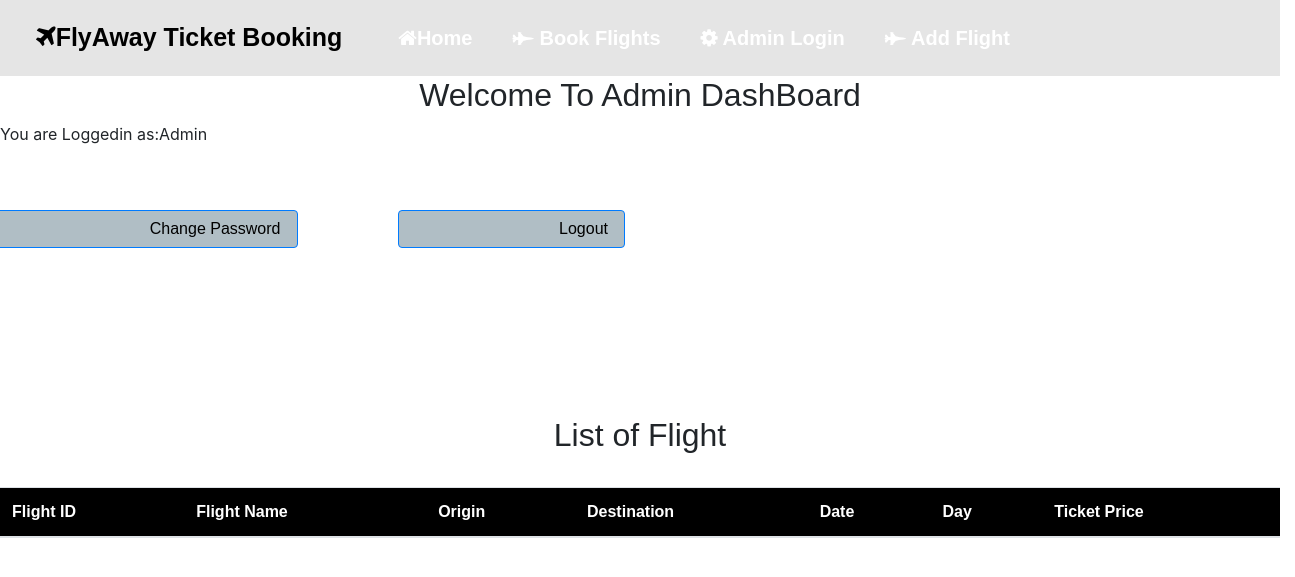
Repository: sayrabano/Phase2-project
Page: http://localhost/FlyAway/adminDashboard.jsp
These files come from the project's save history. The page is drawn as it stood at one moment and after the next save; the edit follows.
The browser window is 1280 px wide. The page is 1295 px wide, so the pictures cover 1295 px, including what lies to the right of the window. The pictures show the whole page.
Some web fonts or font styles are not loaded; a fallback is used. The page is served by Tomcat 9. Other server files are loaded and not shown. Queries for data that is not in the repository find no rows.

Above is the page before, as saved 2021-09-24 20:08:47.

### FlyAway/src/main/webapp/adminDashboard.jsp
<%@ page language="java" contentType="text/html; charset=ISO-8859-1"
	pageEncoding="ISO-8859-1"%>
<%@page import="java.sql.*"%>
<%@page import=" com.flyaway.LogIn"%>

<%
String driverName = "com.mysql.cj.jdbc.Driver";
String Url = "jdbc:mysql://localhost:3306/flyaway";

String userId = "root";
String password = "say123";

try {
	Class.forName(driverName);
} catch (ClassNotFoundException e) {
	e.printStackTrace();
}
Connection connection = null;
Statement statement = null;
ResultSet resultSet = null;
%>

<!DOCTYPE html>
<html>
<head>
<meta charset="ISO-8859-1">
<title>FlyAway</title>
<link rel="stylesheet"
	href="https://cdnjs.cloudflare.com/ajax/libs/font-awesome/4.7.0/css/font-awesome.min.css">
<!-- Required meta tags -->
<meta charset="utf-8">
<meta name="viewport"
	content="width=device-width, initial-scale=1, shrink-to-fit=no">

<!-- Bootstrap CSS -->
<link rel="stylesheet"
	href="https://maxcdn.bootstrapcdn.com/bootstrap/4.0.0/css/bootstrap.min.css"
	integrity="sha384-Gn5384xqQ1aoWXA+058RXPxPg6fy4IWvTNh0E263XmFcJlSAwiGgFAW/dAiS6JXm"
	crossorigin="anonymous">
<link rel="stylesheet"
	href="https://cdnjs.cloudflare.com/ajax/libs/font-awesome/4.7.0/css/font-awesome.min.css">
<link
	href="https://fonts.googleapis.com/css2?family=Baloo+Bhai+2:wght@500&display=swap"
	rel="stylesheet">
<link
	href="https://fonts.googleapis.com/css2?family=Ubuntu:ital,wght@1,700&display=swap"
	rel="stylesheet">
<link rel="stylesheet" href="CSS/style7.css" />
<style>
</style>
</head>

<body>

	<nav class="navbar navbar-expand-lg navbar-light bg-custom" id="navbar">





		<a class="navbar-brand" id="tag"><i class="fa fa-plane"
			aria-hidden="true"></i>FlyAway Ticket Booking</a>


		<div class="collapse navbar-collapse" id="navbarSupportedContent">
			<ul class="navbar-nav mr-auto">
				<li class="nav-item"><a class="nav-link" href="Home.jsp"> <i
						class="fa fa-home" aria-hidden="true"></i>Home
				</a></li>

				<li class="nav-item"><a class="nav-link"
					href="option-flightsearch.jsp"><i class="fa fa-fighter-jet"></i>
						Book Flights </a></li>
				<li class="nav-item"><a href="Login.jsp" class="nav-link"><i
						class="fa fa-gear"></i> Admin Login</a></li>
						<li class="nav-item"><a href="#" class="nav-link">
						<i class="fa fa-fighter-jet"></i> Add Flight</a></li>




			</ul>



		</div>

	</nav>


	<div>
		<h2>Welcome To Admin DashBoard</h2>
		<p>You are Loggedin as:<%=LogIn.username %></p>
	<br><br>

	</div>
	<div class="row" align="center">
	<div class="col-lg-3 col-md-4 col-sm-4 mb-4">
           <form action="Changepassword.jsp" method="get">
           <button type="submit" class="btn btn-primary btn">Change Password</button>
		</form>
        </div>
        <div class="col-lg-3 col-md-4col-sm-6 mb-4">
            <form action="LogOut" method="get">
           <button type="submit" class="btn btn-primary btn">Logout</button>
		</form>
        </div>

        </div>
        </div>
         <br><br><br><br><br><br>
               <center><h2>List of Flight</h2></center><br>

				<table class="table table-bodered table striped" align="center">
					<thead class="thead">
						<tr>
							<th scope="col">Flight ID</th>
							<th scope="col">Flight Name</th>
							<th scope="col">Origin</th>
							<th scope="col">Destination</th>
							<th scope="col">Date</th>
							<th scope="col">Day</th>
							<th scope="col">Ticket Price</th>
						</tr>
					</thead>
					<tbody class="tbody">


						<%
						try {
							connection = DriverManager.getConnection(Url, userId, password);
							statement = connection.createStatement();
							String sql = "SELECT * FROM flight_list";
							resultSet = statement.executeQuery(sql);
							while (resultSet.next()) {
						%>
						<tr>
							<td><%=resultSet.getString("Id")%></td>
							<td><%=resultSet.getString("Flight")%></td>
							<td><%=resultSet.getString("Origin")%></td>
							<td><%=resultSet.getString("Destination")%></td>
							<td><%=resultSet.getString("Day")%></td>
							<td><%=resultSet.getString("Date")%></td>
							<td><%=resultSet.getString("Ticket_Price")%></td>
						</tr>
						<%
						}
						} catch (Exception e) {
						e.printStackTrace();
						}

						%>
					</tbody>
				</table>

</body>
</html>

### FlyAway/src/main/webapp/CSS/style7.css
@charset "ISO-8859-1";
@charset "ISO-8859-1";

#navbar{
background-color:rgba(0,0,0,.1) ;
font-family:'Ubuntu', sans-serif;

}


#navbar ul li a{
	color:white;

	font-size:20px;
	font-weight:bold;
	padding:15px 20px;

}
#navbar ul li a:hover{
	color:black;
	background-color:white;
	border-radius:18px;


}


#tag{
	font-size:25px;
 color:black;
 font-weight:bold;


	float:right;
	padding: 10px 20px;

}
#gear{
	margin:2px;
	padding:10px;



}
#gear a:hover{



	background-color:white;


}
h2{
	text-align:center;
	font-family:'Ubuntu', sans-serif;
}
.btn{
	color:black;
	padding-left:10rem;
	padding-right:1rem;
	margin-top: 15;

   background-color:#b0bec5;
	font-family:'Ubuntu', sans-serif;
	float:right;
    display:flex;


}
.thead{
	background-color:#000000;
	font-family:'Ubuntu', sans-serif;
	color:white;
}
.tbody{
	background-color:#b0bec5;
	font-family:'Ubuntu', sans-serif;
}

After the next save:
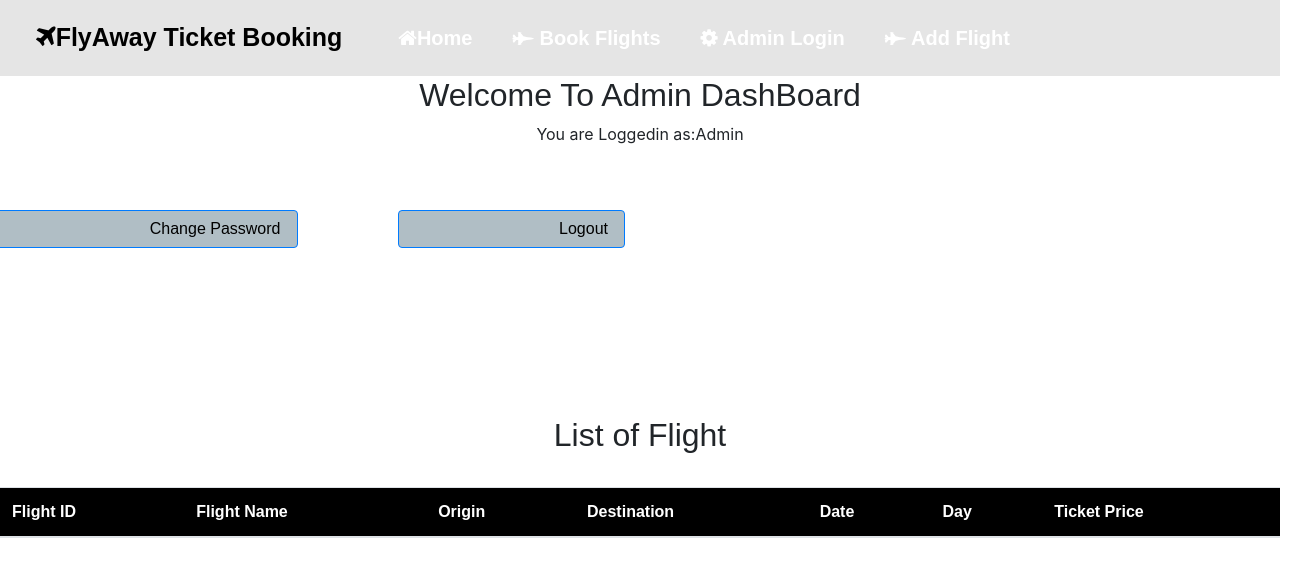
Saved 30 s later.
--- a/FlyAway/src/main/webapp/adminDashboard.jsp
+++ b/FlyAway/src/main/webapp/adminDashboard.jsp
@@ -90,7 +90,7 @@ ResultSet resultSet = null;
 
 	<div>
 		<h2>Welcome To Admin DashBoard</h2>
-		<p>You are Loggedin as:<%=LogIn.username %></p>
+		<p style="text-align:center;">You are Loggedin as:<%=LogIn.username %></p>
 	<br><br>
 
 	</div>
